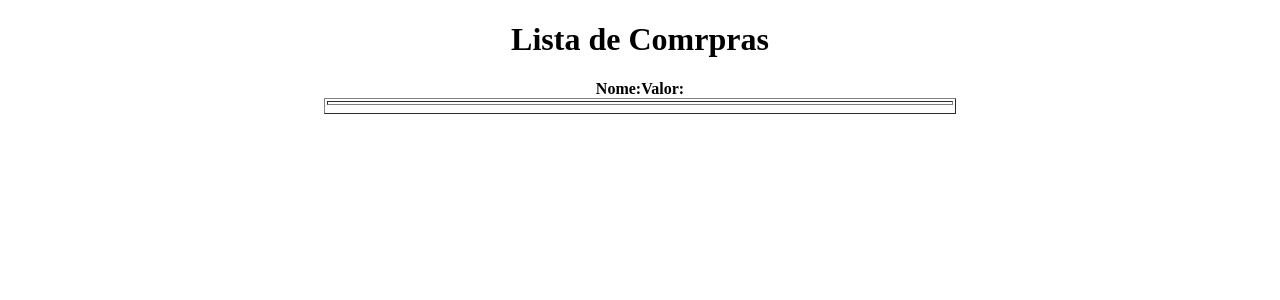
Repository: yoda4ever/playground
Page: http://localhost/CarrinhoDeCompras/Listar
The author's editor kept a copy of each file at every save. The page is drawn from the files as they stood at one save, then again after the next save.
The browser window is 1280 px wide. The pictures show the whole page.
The page is served by Tomcat 9. Other server files are loaded and not shown.

Above is the page before, as saved 2017-05-04 03:40:40.

### CarrinhoDeCompras/WebContent/produto.jsp
<%@page import="entidade.Produto"%>
<%@page import="java.util.Collection"%>
<%@page import="java.util.Map"%>
<%@ page language="java" contentType="text/html; charset=ISO-8859-1"
    pageEncoding="ISO-8859-1"%>
<!DOCTYPE html PUBLIC "-//W3C//DTD HTML 4.01 Transitional//EN" "http://www.w3.org/TR/html4/loose.dtd">
<html>
<head>
<meta http-equiv="Content-Type" content="text/html; charset=ISO-8859-1">
<title>Lista de Produtos</title>
</head>
<body>

	<%
		 Collection<Produto> produtos = (Collection<Produto>)request.getAttribute("produtos");
	%>

	<center><h1><strong>Lista de Comrpras</strong></h1></center>

	<center>
		<table border="1" width="50%">
			<td>
				<tr align="left"><strong>Nome:</strong></tr>
				<tr align="left"><strong>Valor:</strong></tr>
				<tr align="left"></tr>
			</td>
		</table>
	</center>




</body>
</html>

### CarrinhoDeCompras/src/servlet/ListarServlet.java
package servlet;

import java.io.IOException;
import javax.servlet.ServletException;
import javax.servlet.annotation.WebServlet;
import javax.servlet.http.HttpServlet;
import javax.servlet.http.HttpServletRequest;
import javax.servlet.http.HttpServletResponse;

import entidade.Produto;

@WebServlet("/Listar")
public class ListarServlet extends HttpServlet {

	protected void doGet(HttpServletRequest request, HttpServletResponse response) throws ServletException, IOException {

		request.setAttribute("produtos", Produto.getProdutos());

		request.getRequestDispatcher("/produto.jsp").forward(request, response);

	}

}

### CarrinhoDeCompras/src/entidade/Produto.java
package entidade;

import java.util.Collection;
import java.util.LinkedHashMap;
import java.util.Map;

public class Produto {

	int id;
	String nome;
	double valor;


	private static Map<Integer,Produto>produtos;

	static{
		produtos = new LinkedHashMap<Integer,Produto>();
		produtos.put(1,  new Produto(1, "Laptop",1000));
		produtos.put(2,  new Produto(2, "Desktop",2500));
		produtos.put(3,  new Produto(3, "Calculadora HP",500));
		produtos.put(4,  new Produto(4," Impressora HP",375));
		produtos.put(5,  new Produto(5," KeyBoard",50));
		produtos.put(6,  new Produto(6," IPhone 7",7000));
		produtos.put(7,  new Produto(7," Speakers",37));
		produtos.put(8,  new Produto(8," Sansung S7 Edge",4325));
		produtos.put(9,  new Produto(9," IPad 5",2500));
		produtos.put(10, new Produto(10,"HeadSet Logitech",150));
	}


	private Produto(int i, String n, double v){
		this.id    = i;
		this.nome  = n;
		this.valor = v;
	}


	public int getId(){
		return this.id;
	}

	public String getNome(){
		return this.nome;
	}

	public double getValor(){
		return this.valor;
	}

	public static Collection<Produto> getProdutos(){
		return produtos.values();
	}

	public static Produto getProdutoById(int id){
		return produtos.get(id);
	}



}

After the next save:
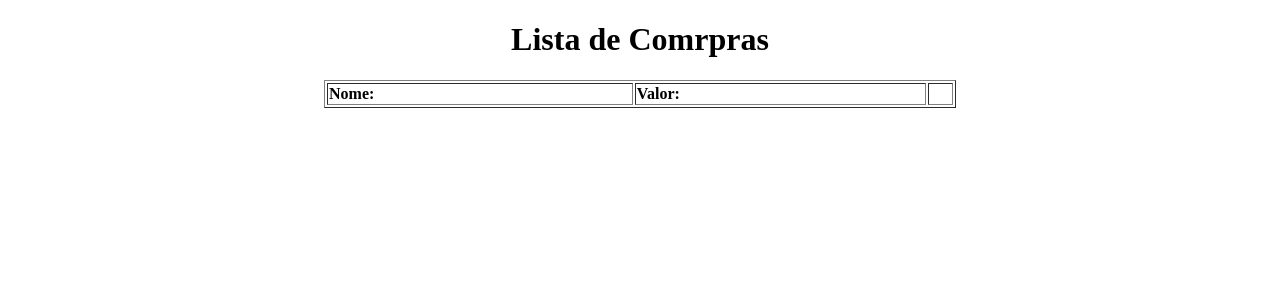
Saved 40 s later.
--- a/CarrinhoDeCompras/WebContent/produto.jsp
+++ b/CarrinhoDeCompras/WebContent/produto.jsp
@@ -19,11 +19,11 @@
 
 	<center>
 		<table border="1" width="50%">
-			<td>
-				<tr align="left"><strong>Nome:</strong></tr>
-				<tr align="left"><strong>Valor:</strong></tr>
-				<tr align="left"></tr>
-			</td>
+			<tr>
+				<td align="left"><strong>Nome:</strong></td>
+				<td align="left"><strong>Valor:</strong></td>
+				<td align="left"></tr>
+			</tr>
 		</table>
 	</center>
 
